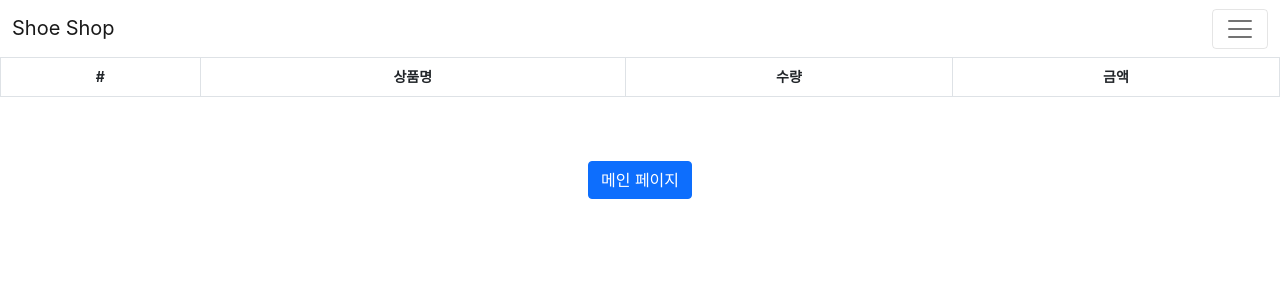
Repository: yangddoddi/shoe-store-pwa
Page: /#/cart
The author's editor kept a copy of each file at every save. The page is drawn from the files as they stood at one save, then again after the next save.
The browser window is 1280 px wide. The pictures show the whole page.
The project was rebuilt for these pictures with package versions that can differ from the ones it lists, and the page was loaded fresh each time.

Above is the page before, as saved 2022-04-11 11:44:21.

After the next save:
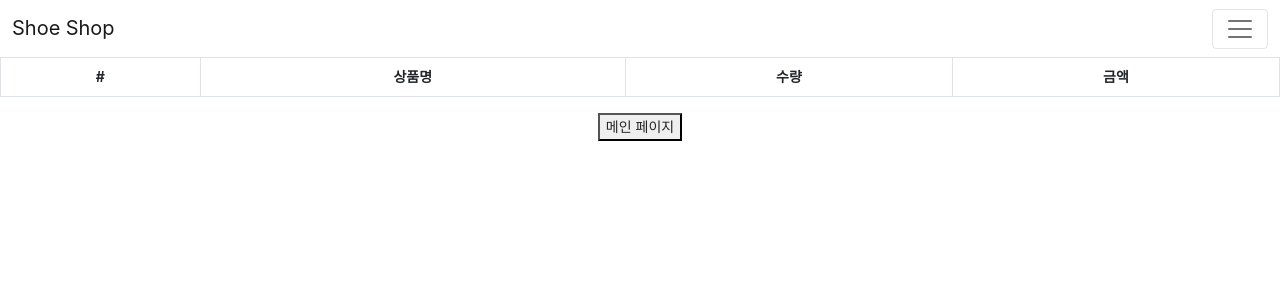
Saved 30 s later.
--- a/src/Cart.js
+++ b/src/Cart.js
@@ -63,7 +63,7 @@
           })}
         </tbody>
       </Table>
-      <button className="btn btn-primary m-5">메인 페이지</button>
+      <button type="btn btn-primary m-5">메인 페이지</button>
     </>
   );
 }

After the save that followed:
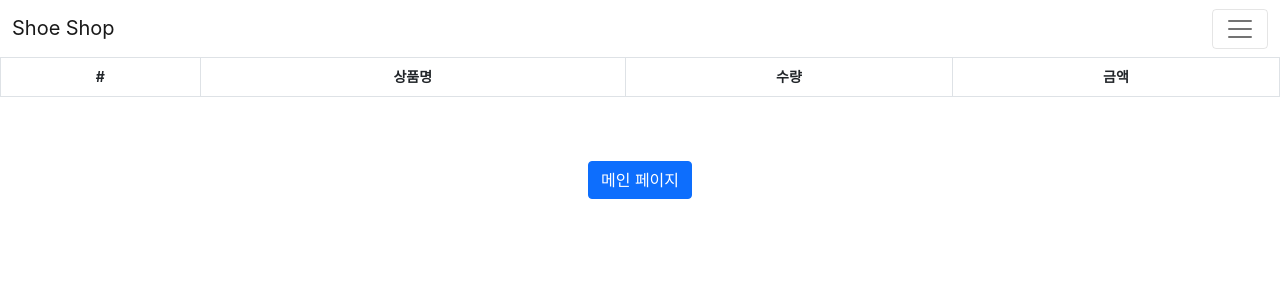
Saved 26 s later.
--- a/src/Cart.js
+++ b/src/Cart.js
@@ -63,7 +63,9 @@
           })}
         </tbody>
       </Table>
-      <button type="btn btn-primary m-5">메인 페이지</button>
+      <button className="btn btn-primary m-5" href="/">
+        메인 페이지
+      </button>
     </>
   );
 }
